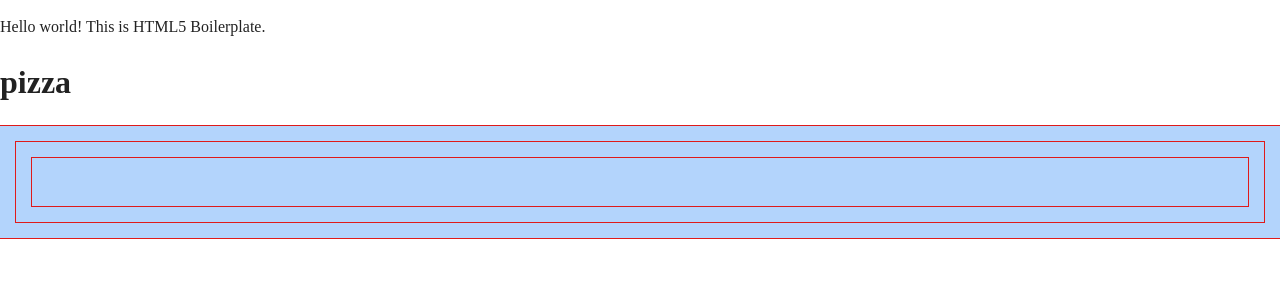
Repository: sierralaurent/MDIA2003-LAB03
Page: LAB03/index.html
The author's editor kept a copy of each file at every save. The page is drawn from the files as they stood at one save, then again after the next save.
The browser window is 1280 px wide. The pictures show the whole page.

Above is the page before, as saved 2023-01-17 09:24:02.

### LAB03/index.html
<!doctype html>
<html class="no-js" lang="">

<head>
  <meta charset="utf-8">
  <title></title>
  <meta name="description" content="">
  <meta name="viewport" content="width=device-width, initial-scale=1">

  <meta property="og:title" content="">
  <meta property="og:type" content="">
  <meta property="og:url" content="">
  <meta property="og:image" content="">

  <link rel="manifest" href="site.webmanifest">
  <link rel="apple-touch-icon" href="icon.png">
  <!-- Place favicon.ico in the root directory -->

  <link rel="stylesheet" href="css/normalize.css">
  <link rel="stylesheet" href="css/main.css">

  <meta name="theme-color" content="#fafafa">
</head>
<style>

</style>
<body>

  <!-- Add your site or application content here -->
  <p>Hello world! This is HTML5 Boilerplate.</p>
  <h1>pizza</h1>
  <script src="js/vendor/modernizr-3.11.2.min.js"></script>
  <script src="js/plugins.js"></script>
  <script src="js/main.js"></script>
  <div class="parent">
    <div>
      <div>

      </div>
    </div>
  </div>

  <!-- Google Analytics: change UA-XXXXX-Y to be your site's ID. -->
  <script>
    window.ga = function () { ga.q.push(arguments) }; ga.q = []; ga.l = +new Date;
    ga('create', 'UA-XXXXX-Y', 'auto'); ga('set', 'anonymizeIp', true); ga('set', 'transport', 'beacon'); ga('send', 'pageview')
  </script>
  <script src="https://www.google-analytics.com/analytics.js" async></script>
</body>

</html>

### LAB03/css/main.css
/*! HTML5 Boilerplate v8.0.0 | MIT License | https://html5boilerplate.com/ */

/* main.css 2.1.0 | MIT License | https://github.com/h5bp/main.css#readme */
/*
 * What follows is the result of much research on cross-browser styling.
 * Credit left inline and big thanks to Nicolas Gallagher, Jonathan Neal,
 * Kroc Camen, and the H5BP dev community and team.
 */

/* ==========================================================================
   Base styles: opinionated defaults
   ========================================================================== */

html {
  color: #222;
  font-size: 1em;
  line-height: 1.4;
}
div {
    outline: 1px solid rgb(223, 26, 26);
    padding: 1rem;
    min-height: 1rem;
    background-color: #b3d4fc;
}
.parent {
  background-color: #b3d4fc;
}

/*
 * Remove text-shadow in selection highlight:
 * https://twitter.com/miketaylr/status/12228805301
 *
 * Vendor-prefixed and regular ::selection selectors cannot be combined:
 * https://stackoverflow.com/a/16982510/7133471
 *
 * Customize the background color to match your design.
 */

::-moz-selection {
  background: #b3d4fc;
  text-shadow: none;
}

::selection {
  background: #b3d4fc;
  text-shadow: none;
}


/*
 * A better looking default horizontal rule
 */

hr {
  display: block;
  height: 1px;
  border: 0;
  border-top: 1px solid #ccc;
  margin: 1em 0;
  padding: 0;
}

/*
 * Remove the gap between audio, canvas, iframes,
 * images, videos and the bottom of their containers:
 * https://github.com/h5bp/html5-boilerplate/issues/440
 */

audio,
canvas,
iframe,
img,
svg,
video {
  vertical-align: middle;
}

/*
 * Remove default fieldset styles.
 */

fieldset {
  border: 0;
  margin: 0;
  padding: 0;
}

/*
 * Allow only vertical resizing of textareas.
 */

textarea {
  resize: vertical;
}

/* ==========================================================================
   Author's custom styles
   ========================================================================== */

/* ==========================================================================
   Helper classes
   ========================================================================== */

/*
 * Hide visually and from screen readers
 */

.hidden,
[hidden] {
  display: none !important;
}

/*
 * Hide only visually, but have it available for screen readers:
 * https://snook.ca/archives/html_and_css/hiding-content-for-accessibility
 *
 * 1. For long content, line feeds are not interpreted as spaces and small width
 *    causes content to wrap 1 word per line:
 *    https://medium.com/@jessebeach/beware-smushed-off-screen-accessible-text-5952a4c2cbfe
 */

.sr-only {
  border: 0;
  clip: rect(0, 0, 0, 0);
  height: 1px;
  margin: -1px;
  overflow: hidden;
  padding: 0;
  position: absolute;
  white-space: nowrap;
  width: 1px;
  /* 1 */
}

/*
 * Extends the .sr-only class to allow the element
 * to be focusable when navigated to via the keyboard:
 * https://www.drupal.org/node/897638
 */

.sr-only.focusable:active,
.sr-only.focusable:focus {
  clip: auto;
  height: auto;
  margin: 0;
  overflow: visible;
  position: static;
  white-space: inherit;
  width: auto;
}

/*
 * Hide visually and from screen readers, but maintain layout
 */

.invisible {
  visibility: hidden;
}

/*
 * Clearfix: contain floats
 *
 * For modern browsers
 * 1. The space content is one way to avoid an Opera bug when the
 *    `contenteditable` attribute is included anywhere else in the document.
 *    Otherwise it causes space to appear at the top and bottom of elements
 *    that receive the `clearfix` class.
 * 2. The use of `table` rather than `block` is only necessary if using
 *    `:before` to contain the top-margins of child elements.
 */

.clearfix::before,
.clearfix::after {
  content: " ";
  display: table;
}

.clearfix::after {
  clear: both;
}

/* ==========================================================================
   EXAMPLE Media Queries for Responsive Design.
   These examples override the primary ('mobile first') styles.
   Modify as content requires.
   ========================================================================== */

@media only screen and (min-width: 35em) {
  /* Style adjustments for viewports that meet the condition */
}

@media print,
  (-webkit-min-device-pixel-ratio: 1.25),
  (min-resolution: 1.25dppx),
  (min-resolution: 120dpi) {
  /* Style adjustments for high resolution devices */
}

/* ==========================================================================
   Print styles.
   Inlined to avoid the additional HTTP request:
   https://www.phpied.com/delay-loading-your-print-css/
   ========================================================================== */

@media print {
  *,
  *::before,
  *::after {
    background: #fff !important;
    color: #000 !important;
    /* Black prints faster */
    box-shadow: none !important;
    text-shadow: none !important;
  }

  a,
  a:visited {
    text-decoration: underline;
  }

  a[href]::after {
    content: " (" attr(href) ")";
  }

  abbr[title]::after {
    content: " (" attr(title) ")";
  }

  /*
   * Don't show links that are fragment identifiers,
   * or use the `javascript:` pseudo protocol
   */
  a[href^="#"]::after,
  a[href^="javascript:"]::after {
    content: "";
  }

  pre {
    white-space: pre-wrap !important;
  }

  pre,
  blockquote {
    border: 1px solid #999;
    page-break-inside: avoid;
  }

  /*
   * Printing Tables:
   * https://web.archive.org/web/20180815150934/http://css-discuss.incutio.com/wiki/Printing_Tables
   */
  thead {
    display: table-header-group;
  }

  tr,
  img {
    page-break-inside: avoid;
  }

  p,
  h2,
  h3 {
    orphans: 3;
    widows: 3;
  }

  h2,
  h3 {
    page-break-after: avoid;
  }
}

### LAB03/js/plugins.js
// Avoid `console` errors in browsers that lack a console.
(function() {
  var method;
  var noop = function () {};
  var methods = [
    'assert', 'clear', 'count', 'debug', 'dir', 'dirxml', 'error',
    'exception', 'group', 'groupCollapsed', 'groupEnd', 'info', 'log',
    'markTimeline', 'profile', 'profileEnd', 'table', 'time', 'timeEnd',
    'timeline', 'timelineEnd', 'timeStamp', 'trace', 'warn'
  ];
  var length = methods.length;
  var console = (window.console = window.console || {});

  while (length--) {
    method = methods[length];

    // Only stub undefined methods.
    if (!console[method]) {
      console[method] = noop;
    }
  }
}());

// Place any jQuery/helper plugins in here.

Loaded but not shown: LAB03/css/normalize.css (library); LAB03/js/vendor/modernizr-3.11.2.min.js (library); LAB03/js/main.js (no stored copy; drawn as an empty file)

After the next save:
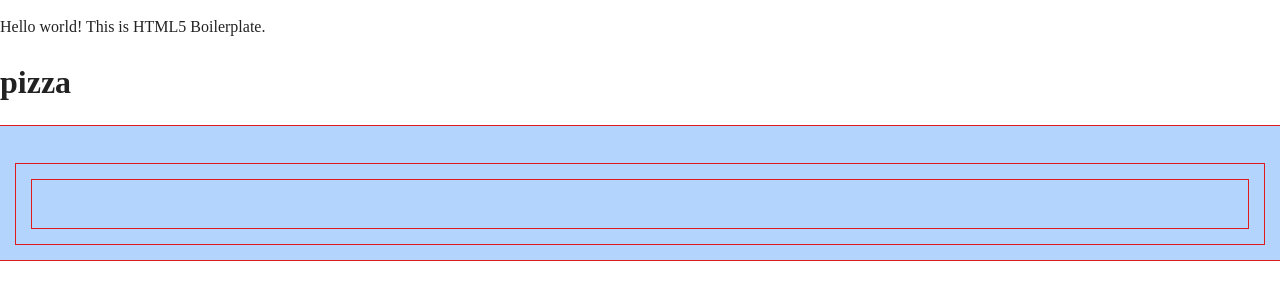
Not found: LAB03/title.png
Saved 50 s later.
--- a/LAB03/index.html
+++ b/LAB03/index.html
@@ -33,6 +33,7 @@
   <script src="js/plugins.js"></script>
   <script src="js/main.js"></script>
   <div class="parent">
+    <img src="title.png" alt="">
     <div>
       <div>
 
